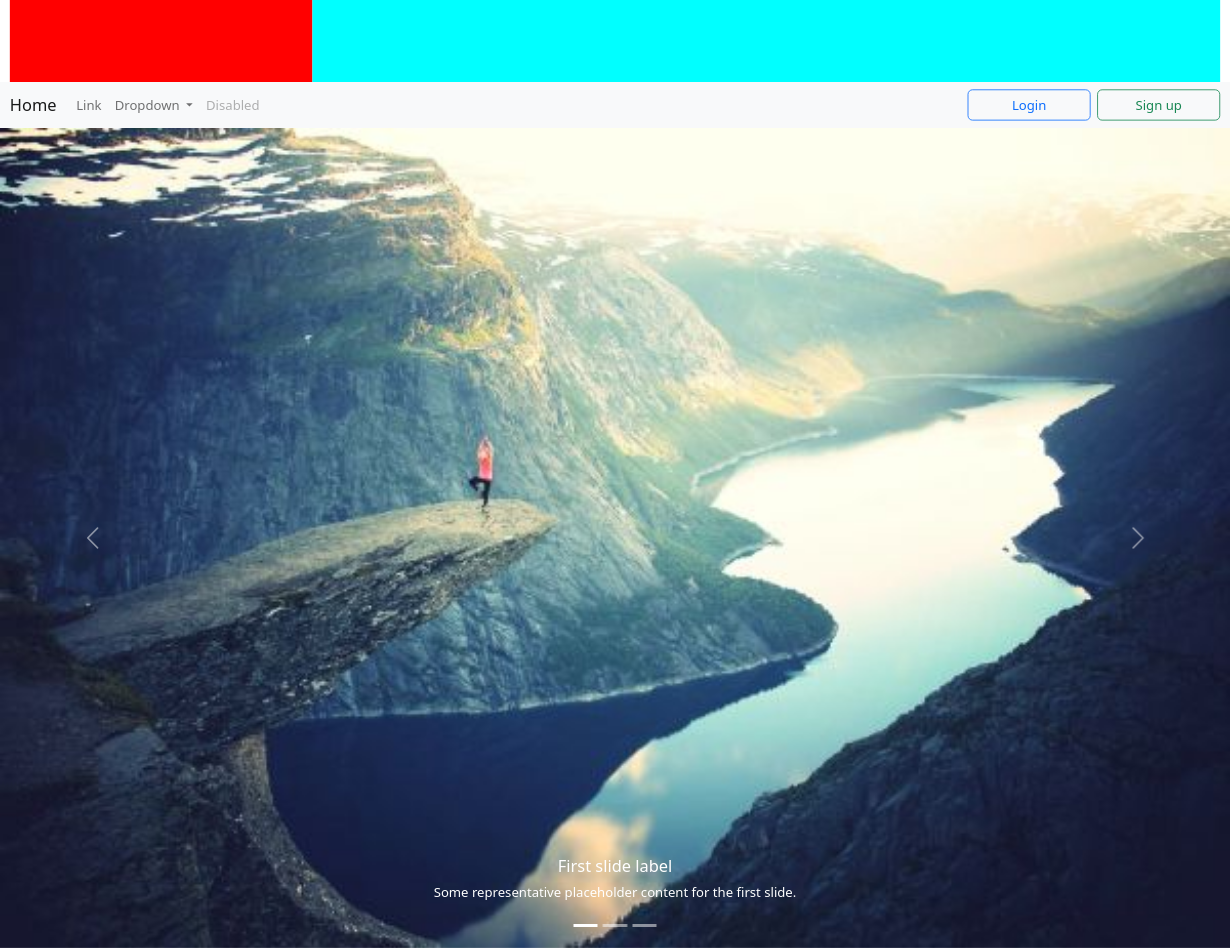
Repository: nguyenhung50497/MD2_bootstrap
Page: BT_giaoDienWeb/index.html
An editor plug-in stored every save of this project. The page is shown before and after the next save, followed by the edit.
The browser window is 1280 px wide. The page is 1500 px wide, so the pictures cover 1500 px, including what lies to the right of the window. The pictures show the whole page, at 82% of full size.

Above is the page before, as saved 2022-11-30 13:55:47.

After the next save:
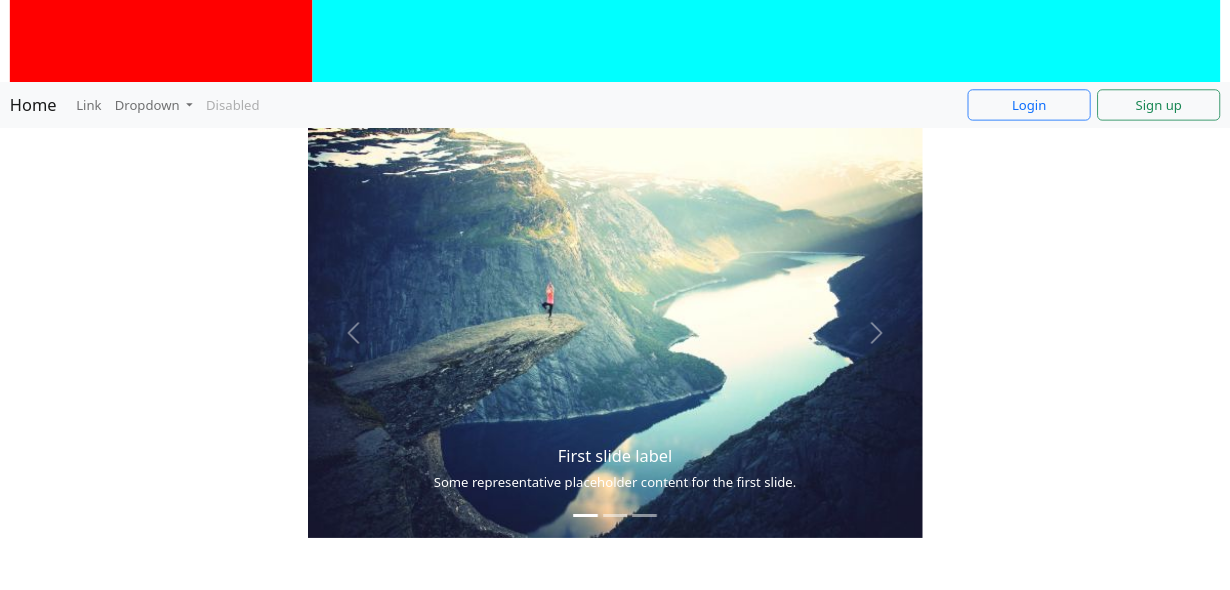
Saved 10 s later.
--- a/BT_giaoDienWeb/index.html
+++ b/BT_giaoDienWeb/index.html
@@ -64,7 +64,7 @@
       </nav>
     <div>
         <aside class="col-lg-3"></aside>
-        <section>
+        <section class="col-lg-6">
             <div id="carouselExampleCaptions" class="carousel slide" data-bs-ride="false">
                 <div class="carousel-indicators">
                   <button type="button" data-bs-target="#carouselExampleCaptions" data-bs-slide-to="0" class="active" aria-current="true" aria-label="Slide 1"></button>
